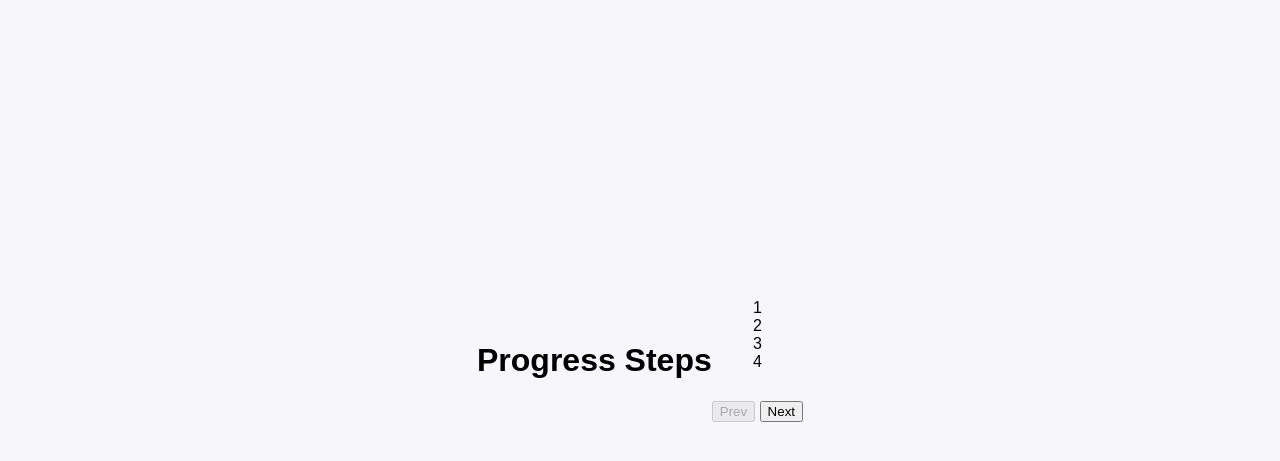
Repository: thecoachanna/progress-step-bar
Page: index.html
The author's editor kept a copy of each file at every save. The page is drawn from the files as they stood at one save, then again after the next save.
The browser window is 1280 px wide. The pictures show the whole page.
Some web fonts or font styles are not loaded; a fallback is used.

Above is the page before, as saved 2023-02-15 16:00:59.

After the next save:
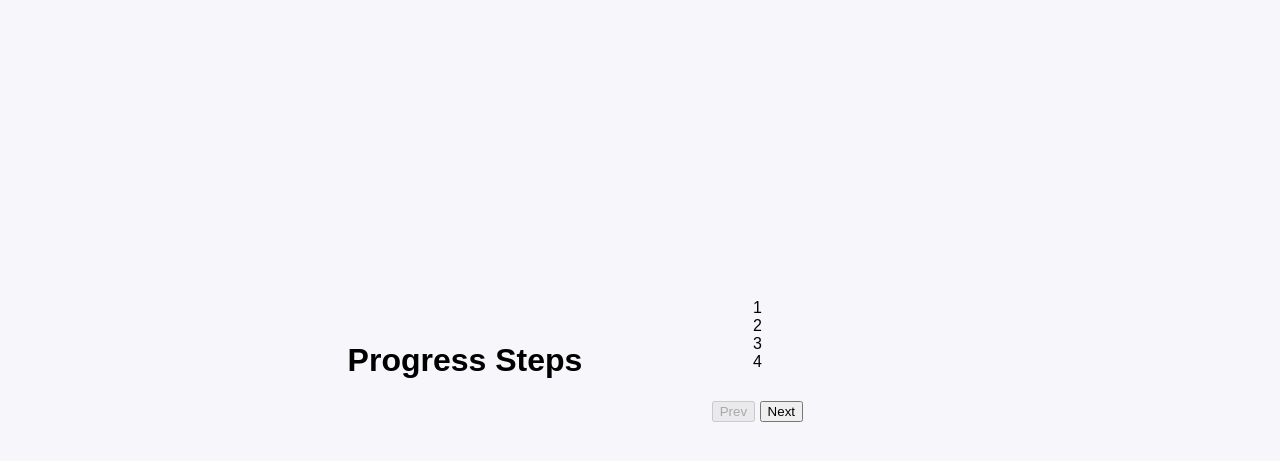
Saved 5 s later.
--- a/style.css
+++ b/style.css
@@ -25,5 +25,5 @@
     position: relative;
     margin-bottom: 30px;
     max-width: 100%;
-    width: ;
+    width: 350px;
 }
